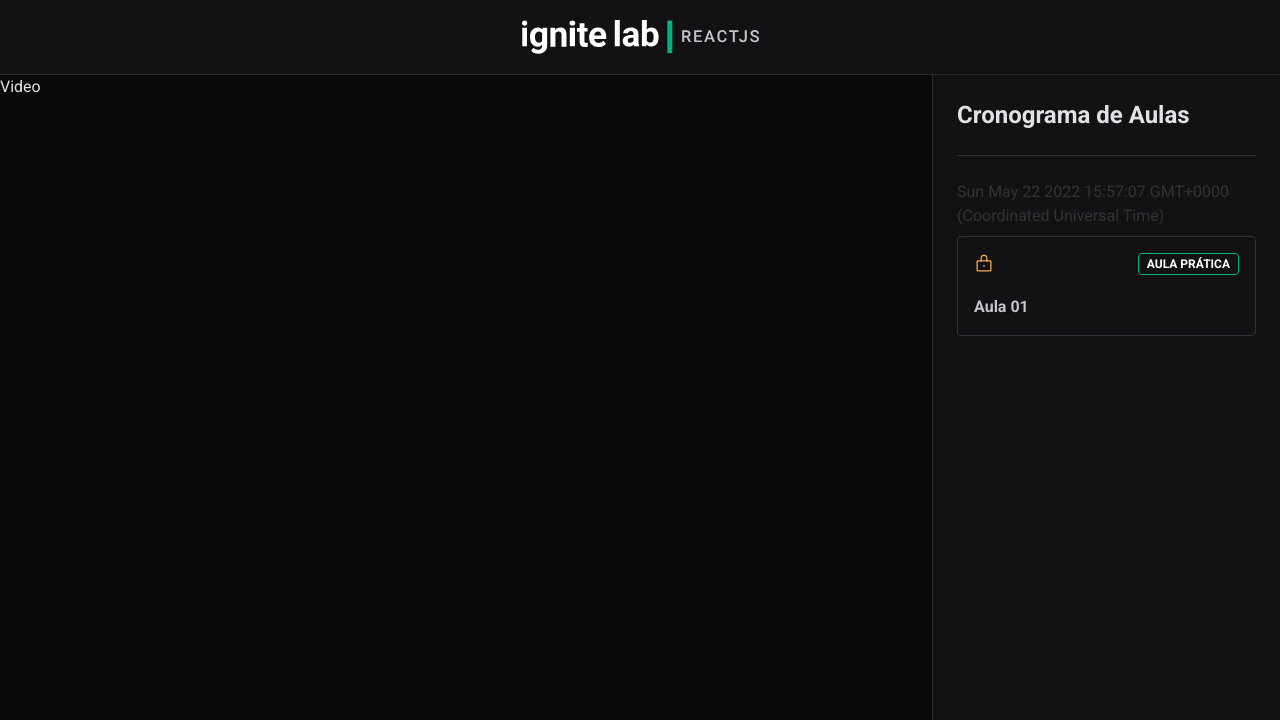
Repository: guilhermecardoso93/ignitelab
Page: /
The author's editor kept a copy of each file at every save. The page is drawn from the files as they stood at one save, then again after the next save.
The browser window is 1280 px wide. The pictures show the whole page.
The page's requests for data from a server got no answer. The project was rebuilt for these pictures with package versions that can differ from the ones it lists, and the page was loaded fresh each time. No one was signed in, and anything a server would have sent is missing. Also part of the build but not shown: vite.config.ts.

Above is the page before, as saved 2022-06-23 19:27:47.

After the next save:
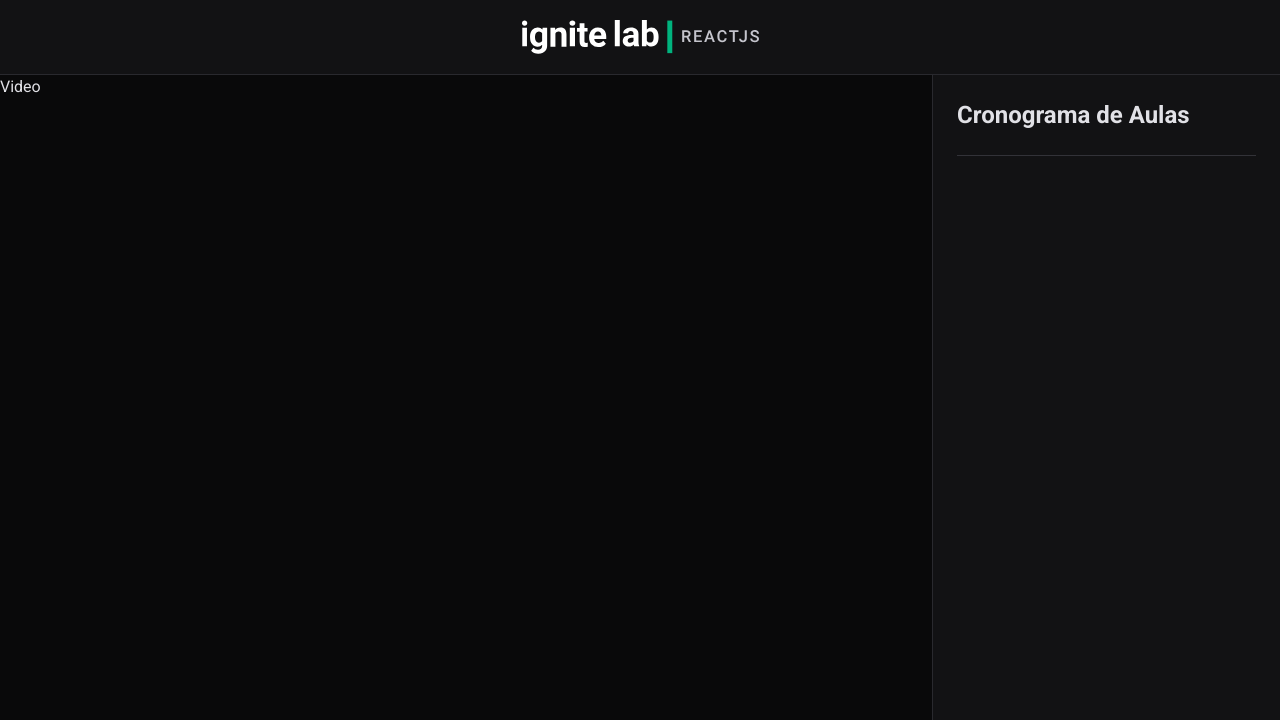
Saved 2 min 11 s later.
--- a/src/components/Sidebar/index.tsx
+++ b/src/components/Sidebar/index.tsx
@@ -33,12 +33,16 @@
       </span>
 
       <div className="flex flex-col gap-8">
-        <Lesson
-          title="Aula 01"
-          slug="aula-01"
-          availableAt={new Date()}
-          type="class"
-        />
+        { data?.lessons.map( lesson => {
+          return (
+            <Lesson
+            title={lesson.title}
+            slug={lesson.slug}
+            availableAt={new Date(lesson.availableAt)}
+            type={lesson.lessonType}
+          />
+          )
+        })}
       </div>
     </aside>
   );
